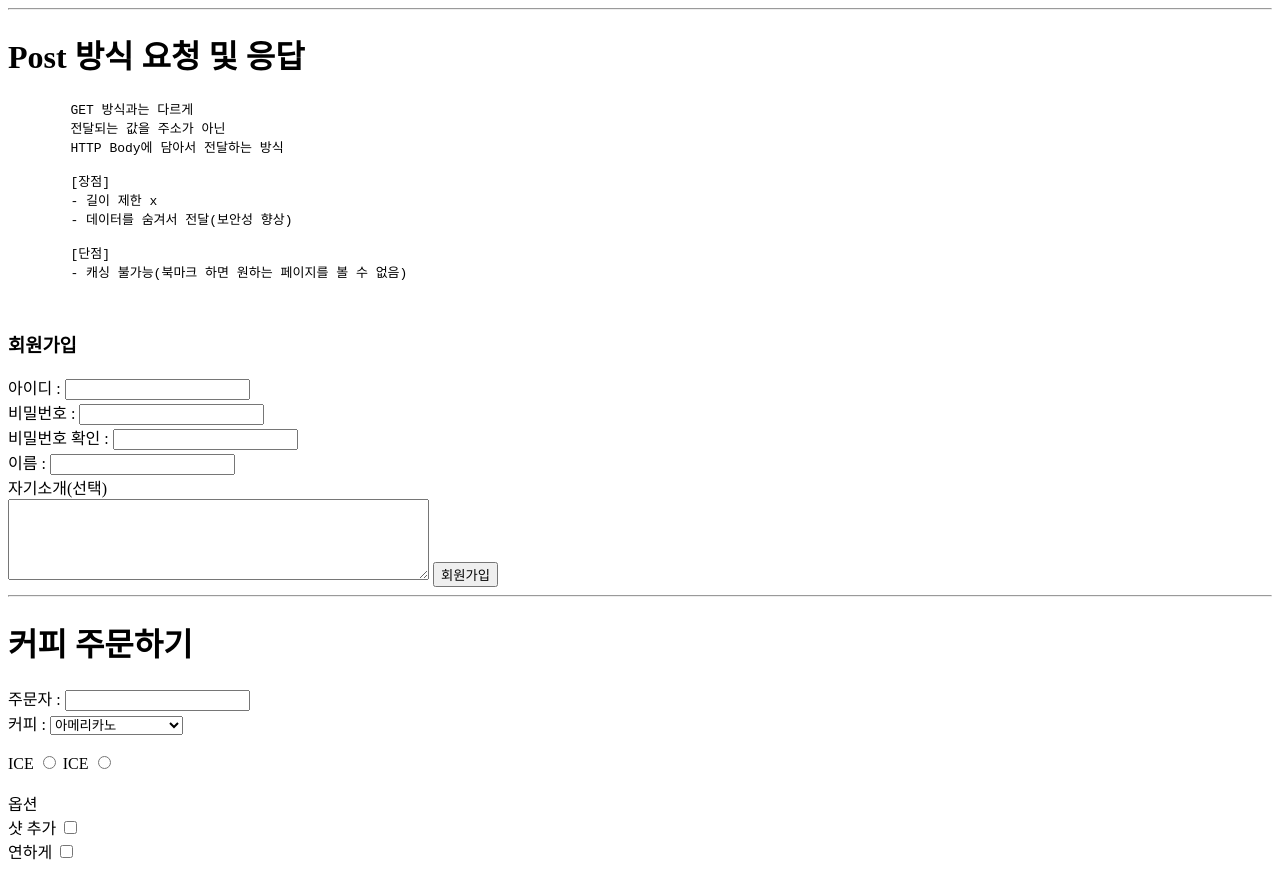
Repository: manggo999/05_Server
Page: ServletProject/src/main/webapp/index.html
The author's editor kept a copy of each file at every save. The page is drawn from the files as they stood at one save, then again after the next save.
The browser window is 1280 px wide. The pictures show the whole page.

Above is the page before, as saved 2024-10-01 03:09:22.

### ServletProject/src/main/webapp/index.html
<!DOCTYPE html>
<html lang="en">
<head>
    <meta charset="UTF-8">
    <meta name="viewport" content="width=device-width, initial-scale=1.0">
    <title>Document</title>
</head>
<body>


    <hr>

    <h1> Post 방식 요청 및 응답</h1>
    <pre>
        GET 방식과는 다르게
        전달되는 값을 주소가 아닌
        HTTP Body에 담아서 전달하는 방식

        [장점]
        - 길이 제한 x
        - 데이터를 숨겨서 전달(보안성 향상)

        [단점]
        - 캐싱 불가능(북마크 하면 원하는 페이지를 볼 수 없음)

    </pre>

    <h3>회원가입</h3>

    <form action="/signUp" method="post">
        아이디 : <input type="text" name="inputId" required> <br>
        비밀번호 : <input type="password" name="inputPw" required> <br>
        비밀번호 확인 : <input type="password" required> <br>
        이름 : <input name="inputName" required> <br>

        자기소개(선택) <br>
        <textarea name="intro" cols="50" rows="5"></textarea>

        <!--button 태그의 type = "submit" 기본값-->
        <button>회원가입</button>

    </form>


    <hr>

    <h1>커피 주문하기</h1>

    <form action="/coffee" method="get">

    </form>

    주문자 : <input name="orderer">
    <br>
    커피 : <select name = "coffee">
           <option>아메리카노</option>
           <option>카페라떼</option>
           <option>카푸치노</option>
           <option>콜드브루</option>
           <option>민트초코프라푸치노</option>
           </select>

     <br><br>

     ICE <input type = "radio" name = "type" value = "ice">
     ICE <input type = "radio" name = "type" value = "hot">

     <br><br>
     옵션 <br>
     샷 추가 <input type="checkbox" name="opt" value="shot">
     <br>
     연하게 <input type="checkbox" name="opt" value="mild">










</body>
</html>

After the next save:
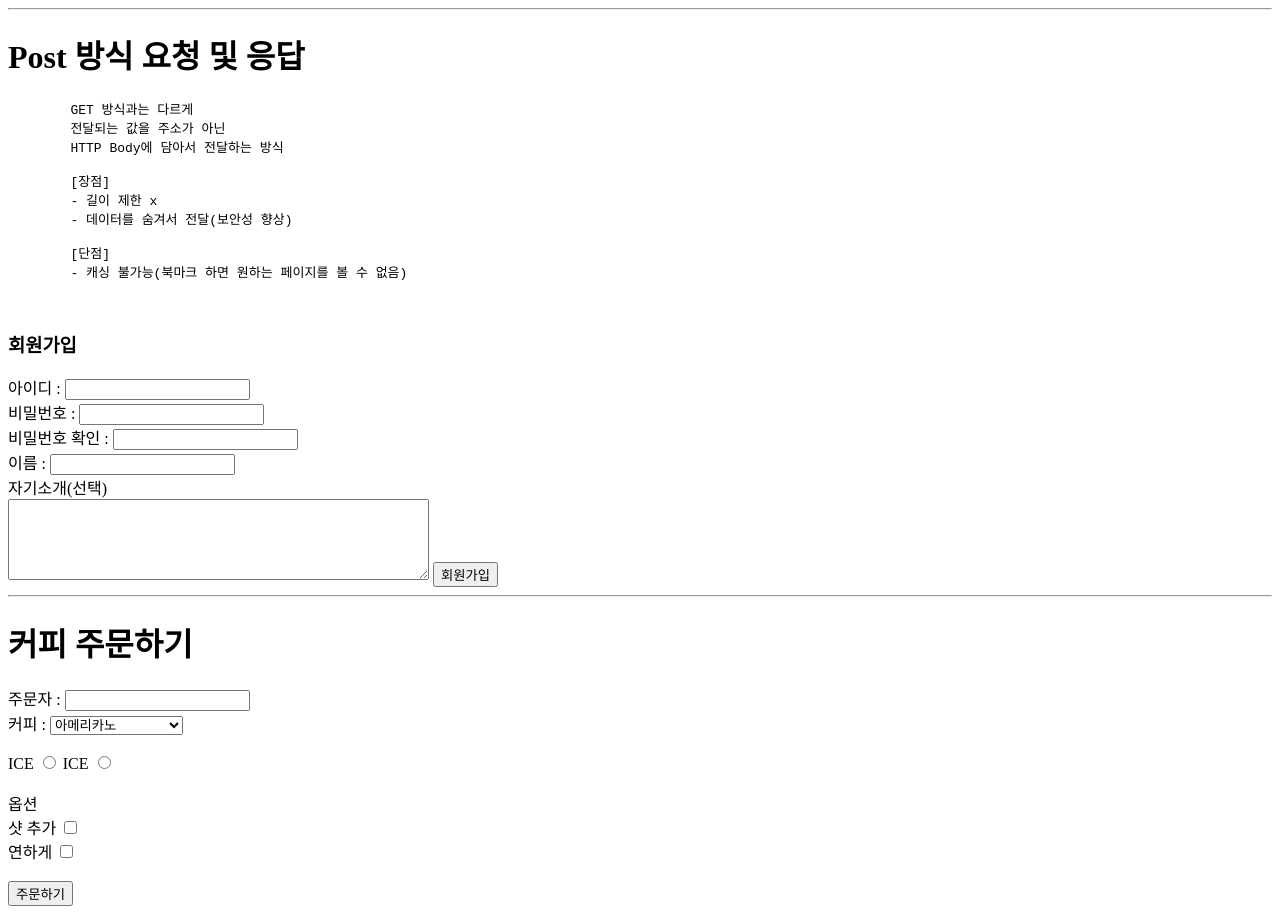
Saved 112 s later.
--- a/ServletProject/src/main/webapp/index.html
+++ b/ServletProject/src/main/webapp/index.html
@@ -48,8 +48,6 @@
 
     <form action="/coffee" method="get">
 
-    </form>
-
     주문자 : <input name="orderer">
     <br>
     커피 : <select name = "coffee">
@@ -71,6 +69,11 @@
      <br>
      연하게 <input type="checkbox" name="opt" value="mild">
 
+     <br><br>
+     <button>주문하기</button>
+
+
+      </form>
 
 
 
